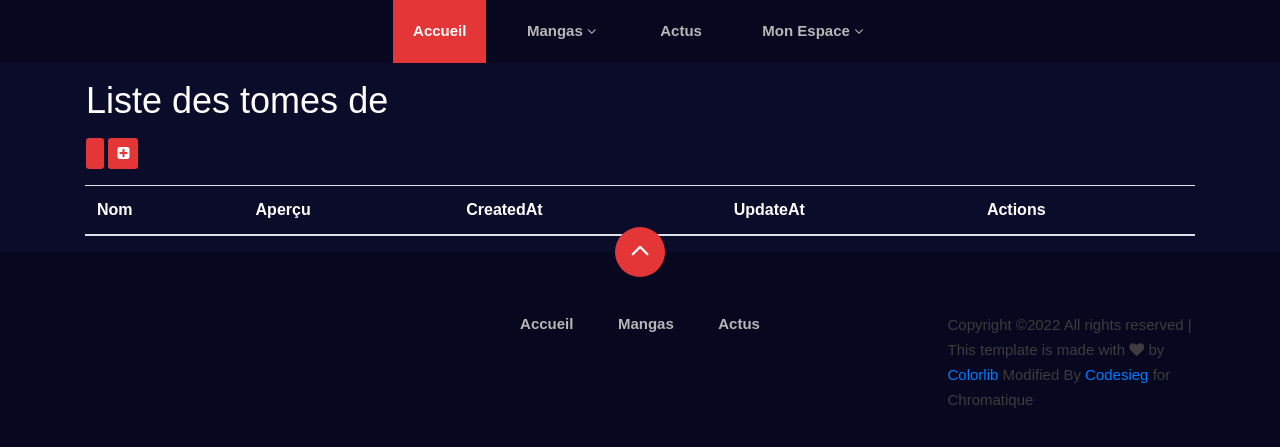
Repository: Codesieg/Chromatique
Page: chromatique/resources/views/admin/tomes/detail.blade.php
The author's editor kept a copy of each file at every save. The page is drawn from the files as they stood at one save, then again after the next save.
The browser window is 1280 px wide. The pictures show the whole page.
Some web fonts or font styles are not loaded; a fallback is used. The page is served by the project's Laravel application, run on PHP 8.4 with Laravel 8. The template is opened directly, without the code that normally fills it, so the values that code supplies are empty.

Above is the page before, as saved 2022-04-03 16:56:09.

After the next save:
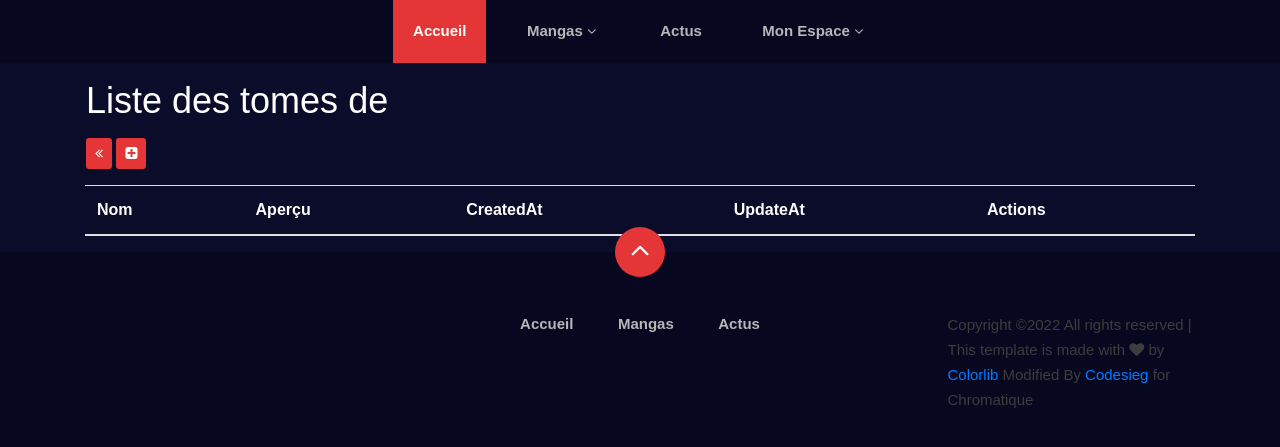
Saved 41 s later.
--- a/chromatique/resources/views/admin/tomes/detail.blade.php
+++ b/chromatique/resources/views/admin/tomes/detail.blade.php
@@ -6,7 +6,7 @@
     <h2 class="white m-3">Liste des tomes de {{$mangaName->manga_name}}</h2>
     <div class="d-flex justify-content-space-between mb-3 px-3">
         <div class="add">
-            <button type="button" class="btn btn-orange btn-sm white"><a href=""><i class="fa fa-arrow-to-left white"></i></a></button>
+            <button type="button" class="btn btn-orange btn-sm white"><a href=""><i class="fa fa-angle-double-left white"></i></a></button>
             <button type="button" class="btn btn-orange btn-sm white"><a href="{{route('admin_form_tome', ['id' => $mangaName->id]) }}"><i class="fa fa-plus-square white"></i></a></button>
         </div>
 
